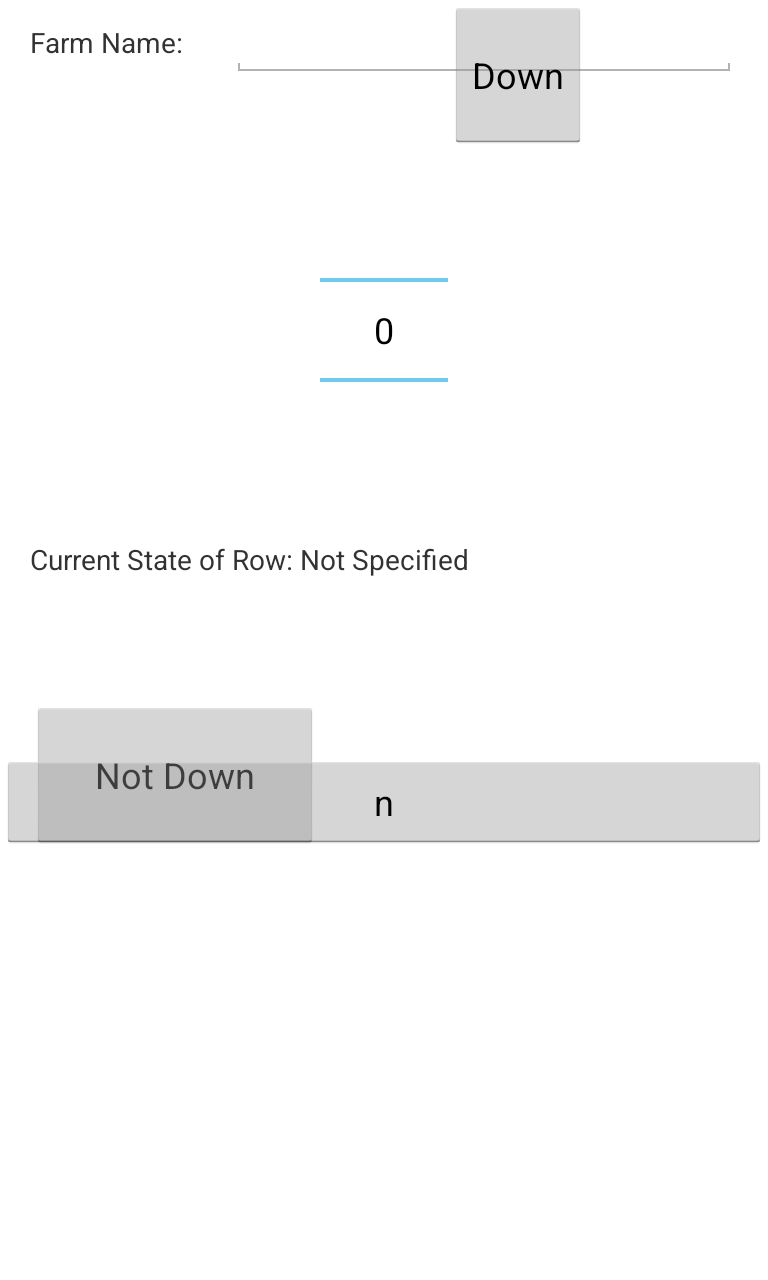
Repository: cokembel/FarmHand
Layout: FarmHand/res/layout/activity_main.xml
The author's editor kept a copy of each file at every save. The layout is drawn from the files as they stood at one save, then again after the next save.
It is drawn on a 768 x 1280 px phone screen (xhdpi) without system bars, with theme AppTheme; the app's code is not run.

Above is the layout before, as saved 2012-12-10 09:26:49.

After the next save:
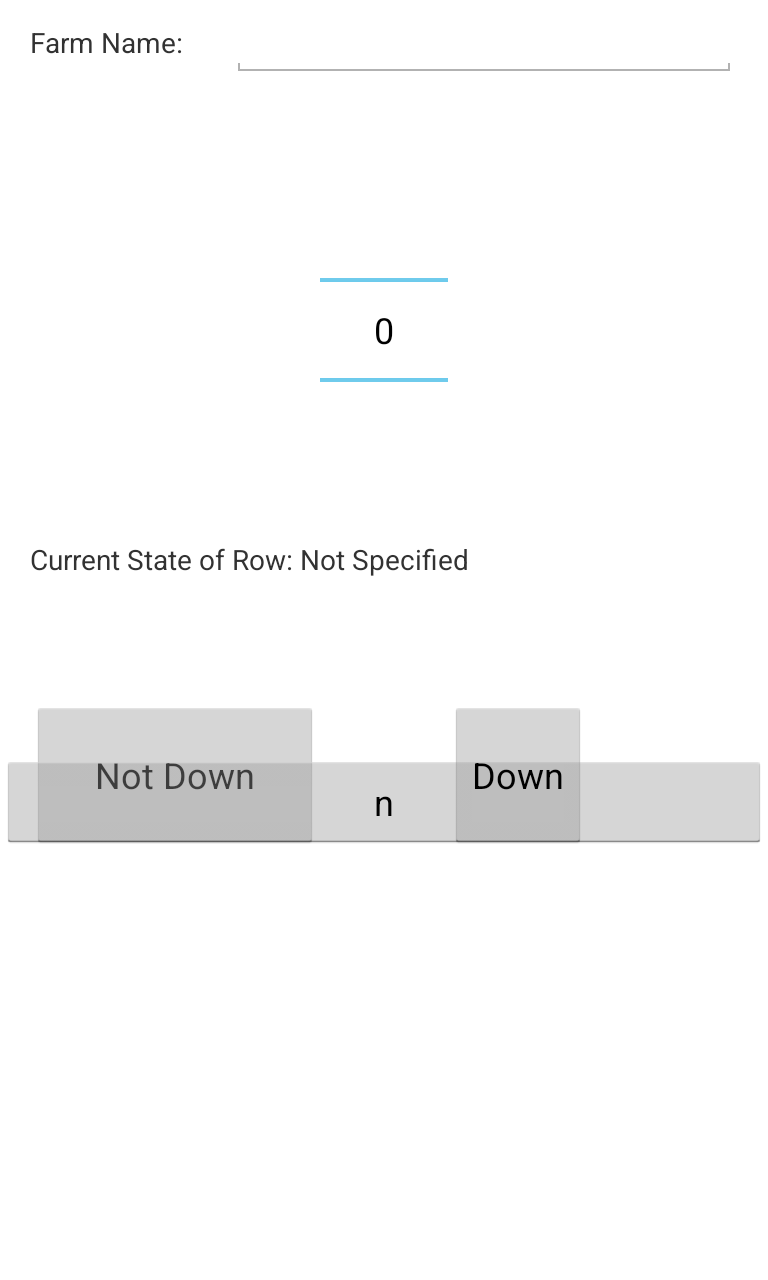
Saved 25 s later.
--- a/FarmHand/res/layout/activity_main.xml
+++ b/FarmHand/res/layout/activity_main.xml
@@ -75,7 +75,7 @@
                 android:id="@+id/down_button"
                 android:layout_width="wrap_content"
                 android:layout_height="75dp"
-                android:layout_alignBaseline="@+id/down"
+                android:layout_alignBaseline="@+id/not_down_button"
                 android:layout_toRightOf="@+id/row_number"
                 android:text="Down" />
         </RelativeLayout>
